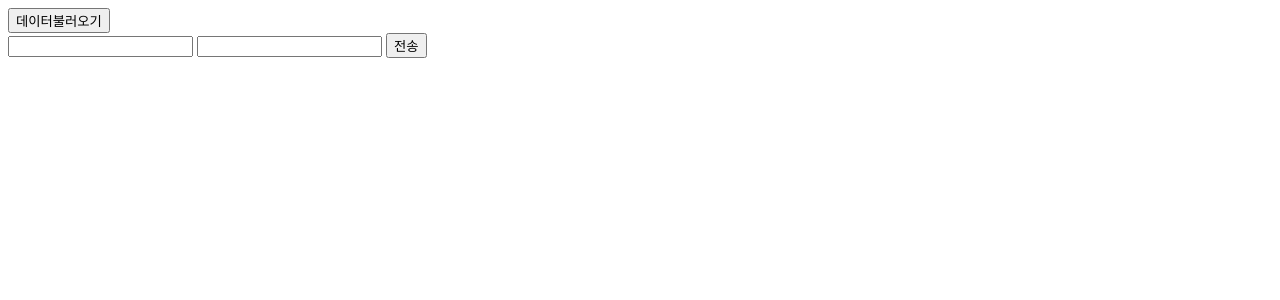
Repository: kangeuisik/springworkspace
Page: http://localhost/a_mvc_mybatis_ajax/Web-Content/sampleData.jsp
These files come from the project's save history. The page is drawn as it stood at one moment and after the next save; the edit follows.
The browser window is 1280 px wide. The pictures show the whole page.
The page is served by Tomcat 9. Nobody is signed in. The application's start-up code is not run.

Above is the page before, as saved 2023-02-14 01:10:32.

After the next save:
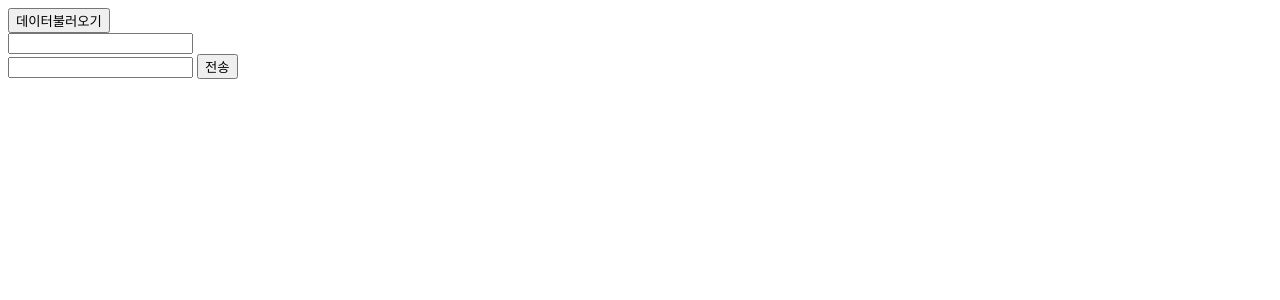
Saved 12 s later.
--- a/a_mvc_mybatis_ajax/Web-Content/sampleData.jsp
+++ b/a_mvc_mybatis_ajax/Web-Content/sampleData.jsp
@@ -12,7 +12,7 @@
 <body>
 	<button class="btn1">데이터불러오기</button>
 	<div>
-		<input type="text" class="number">
+		<input type="text" class="number"><br>
 		<input type="text" class="title">
 		<button class="btn2">전송</button>
 	</div>
